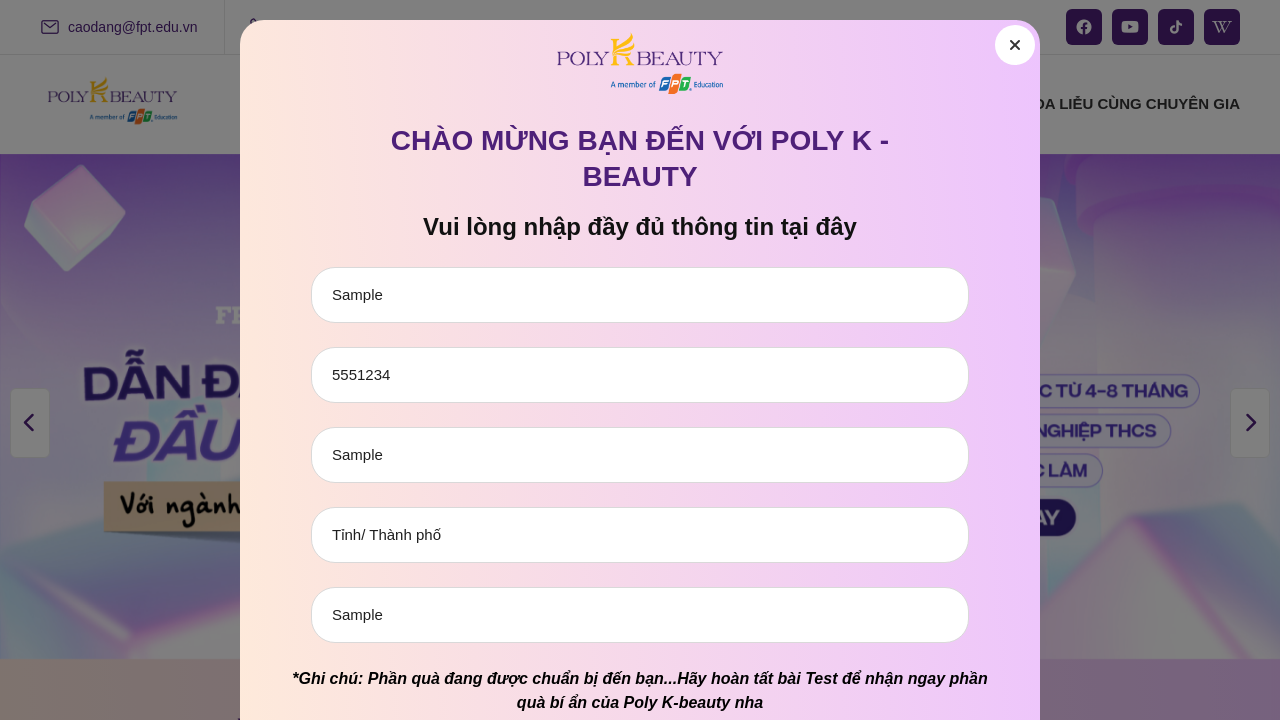
Repository: dinhtri123/k_beauty
Page: test.html
An editor plug-in stored every save of this project. The page is shown before and after the next save, followed by the edit.
The browser window is 1280 px wide. The pictures show the window.
Empty fields were first filled with sample values (such as "Sample", 5 or name@example.com).
After loading, the first visible `button` was clicked once.
A layer covers the whole window, so only the first screen is drawn. An inner scrolling area shows only its first screen. Some web fonts or font styles are not loaded; a fallback is used.

Above is the page before, as saved 2024-12-26 09:50:44.
Console error: TypeError: Cannot read properties of undefined (reading 'add')

### test.html
<!DOCTYPE html>
<html lang="en">

<head>
  <meta charset="UTF-8">
  <meta name="viewport" content="width=device-width, initial-scale=1.0">
  <title>Page Test</title>
  <link rel="stylesheet" href="https://cdn.jsdelivr.net/npm/swiper@11/swiper-bundle.min.css" />
  <link rel="stylesheet" href="https://cdnjs.cloudflare.com/ajax/libs/font-awesome/6.7.2/css/all.min.css"
    integrity="sha512-Evv84Mr4kqVGRNSgIGL/F/aIDqQb7xQ2vcrdIwxfjThSH8CSR7PBEakCr51Ck+w+/U6swU2Im1vVX0SVk9ABhg=="
    crossorigin="anonymous" referrerpolicy="no-referrer" />
  <link rel="stylesheet" href="./css/style.css">
  <link rel="stylesheet" href="./css/test.css">
</head>

<body>
  <header>
    <div class="header-top-wrapper">
      <div class="container">
        <div class="header-top">
          <div class="header-top-left">
            <a href="mailto:caodang@fpt.edu.vn">
              <img src="./images/mail-outline.png" alt="">
              <span>caodang@fpt.edu.vn</span>
            </a>
            <p>
              <img src="./images/call-outline.png" alt="">
              <a href="tel:024 6327 6402">024 6327 6402</a>
              <span>|</span>
              <a href="tel: 0981 725 836"> 0981 725 836</a>
            </p>
          </div>
          <div class="header-top-right">
            <a href="">
              <img src="./images/Facebook.png" alt="">
            </a>
            <a href="">
              <img src="./images/YouTube.png" alt="">
            </a>
            <a href="">
              <img src="./images/TikTok.png" alt="">
            </a>
            <a href="">
              <img src="./images/Frame.png" alt="">
            </a>
          </div>
        </div>
      </div>
    </div>
    <div class="header-main container">
      <a href="" class="header-logo">
        <img src="./images/logo.png" alt="">
      </a>
      <nav class="header-nav">
        <ul class="header-menu">
          <li>
            <a href="">Trang chủ</a>
          </li>
          <li>
            <a href="">Giới thiệu
              <span>
                <img src="./images/arrow-bottom.png" alt="">
              </span>
            </a>
          </li>
          <li>
            <a href="">ngành đào tạo
              <span>
                <img src="./images/arrow-bottom.png" alt="">
              </span>
            </a>
          </li>
          <li>
            <a href="">ƯU đãi</a>
          </li>
          <li>
            <a href="">kiến thức da liễu cùng chuyên gia</a>
          </li>
          <li class="header-btn-close sm">
            <i class="fa-solid fa-xmark"></i>
          </li>
        </ul>
      </nav>
      <span class="header-btn-menu sm">
        <i class="fa-solid fa-bars"></i>
      </span>
    </div>
  </header>
  <main id="test">
    <section class="slider-hero">
      <div class="swiper hero-swiper">
        <div class="swiper-wrapper">
          <div class="swiper-slide">
            <img src="./images/image 1.jpg" alt="">
          </div>
          <div class="swiper-slide">
            <img src="./images/image 1.jpg" alt="">
          </div>
          <div class="swiper-slide">
            <img src="./images/image 1.jpg" alt="">
          </div>
        </div>
        <div class="hero-btn swiper-button-next">
          <i class="fa-solid fa-chevron-right"></i>
        </div>
        <div class="hero-btn swiper-button-prev">
          <i class="fa-solid fa-chevron-left"></i>
        </div>
        <div class="swiper-pagination"></div>
      </div>
    </section>
    <section class="befenit">
      <div class="container">
        <div class="befenit-inner">
          <h2>CÙNG POLY K-BEAUTY HIỂU HƠN VỀ LÀN DA CỦA BẠN</h2>
          <p>Khám phá bí quyết chăm sóc da phù hợp qua bài trắc nghiệm cùng Poly K-Beauty!</p>
          <div class="befenit-question">
            <div class="question-item">
              <h3>1. Da của bạn thường trông ra sao vào buổi chiều?</h3>
              <div class="question-option">
                <label for="question_1_opt_1">
                  <input type="radio" name="question_1" id="question_1_opt_1">
                  A. Trán, mũi và cằm bị bóng dầu nhưng phần còn lại trên mặt lại bình thường hoặc khô
                </label>
                <label for="question_1_opt_2">
                  <input type="radio" name="question_1" id="question_1_opt_2">
                  B. Tôi nhận thấy một vài vết bong tróc dọc theo đường chân tóc, lông mày và giữa hai bên lông mày.
                </label>
                <label for="question_1_opt_3">
                  <input type="radio" name="question_1" id="question_1_opt_3">
                  C. Da bóng nhờn và không được mịn. Có những nốt mụn nhỏ và một số mụn đầu đen.
                </label>
                <label for="question_1_opt_4">
                  <input type="radio" name="question_1" id="question_1_opt_4">
                  D. Da mịn và láng mượt. Không có dấu hiệu bong tróc.
                </label>
                <label for="question_1_opt_5">
                  <input type="radio" name="question_1" id="question_1_opt_5">
                  E. Điều đầu tiên tôi nhận thấy là các nếp nhăn.
                </label>
              </div>
            </div>
            <div class="question-item">
              <h3>2. Hãy mô tả phần má và vùng dưới mắt của bạn.</h3>
              <div class="question-option">
                <label for="question_2_opt_1">
                  <input type="radio" name="question_2" id="question_2_opt_1">
                  A. Lỗ chân lông nở rộng và có khuyết điểm dưới dạng mụn đầu đen hay đốm mụn trắng.
                </label>
                <label for="question_2_opt_2">
                  <input type="radio" name="question_2" id="question_2_opt_2">
                  B. Hầu như không có vết nhăn dễ thấy nào. Chỉ có một số vùng da khô có thể nhìn ra.
                </label>
                <label for="question_2_opt_3">
                  <input type="radio" name="question_2" id="question_2_opt_3">
                  C. Da nhẵn mịn với lỗ chân lông se khít
                </label>
                <label for="question_2_opt_4">
                  <input type="radio" name="question_2" id="question_2_opt_4">
                  D. Có các nếp nhăn rõ rệt. Da khá khô.
                </label>
                <label for="question_2_opt_5">
                  <input type="radio" name="question_2" id="question_2_opt_5">
                  E. Da bị kích ứng và khô. Có cảm giác da bị căng.
                </label>
              </div>
            </div>
            <div class="question-item">
              <h3>3. Da của bạn có dễ gặp phải các vấn đề về thâm, hay đỏ rát không?</h3>
              <div class="question-option">
                <label for="question_3_opt_1">
                  <input type="radio" name="question_3" id="question_3_opt_1">
                  A. Có, nhưng chỉ ở vùng chữ T (trán, mũi và cằm)
                </label>
                <label for="question_3_opt_2">
                  <input type="radio" name="question_3" id="question_3_opt_2">
                  B. Da tôi hơi đỏ, có chút tấy, và có chỗ không đồng đều về độ ẩm
                </label>
                <label for="question_3_opt_3">
                  <input type="radio" name="question_3" id="question_3_opt_3">
                  C. Có. Tôi thường gặp phải các vấn đề trên.
                </label>
                <label for="question_3_opt_4">
                  <input type="radio" name="question_3" id="question_3_opt_4">
                  D. Đôi khi.
                </label>
                <label for="question_3_opt_5">
                  <input type="radio" name="question_3" id="question_3_opt_5">
                  E. Hầu như không bao giờ.
                </label>
              </div>
            </div>
            <button>Nộp bài Test <i class="fa-solid fa-arrow-right"></i></button>
          </div>
        </div>
      </div>
    </section>
    <section class="package">
      <div class="container">
        <div class="package-inner">
          <h2>POLY K-BEAUTY'S PACKAGE <span class="line"></span></h2>
          <div class="package-item">
            <img src="./images/package_img1.jpg" alt="">
            <h3>Dịch vụ chăm sóc và điều trị</h3>
          </div>
          <div class="package-item">
            <img src="./images/package_img2.jpg" alt="">
            <h3>QUY TRÌNH CHẤM TCA TRỊ</h3>
          </div>
          <div class="package-item">
            <img src="./images/package_img3.jpg" alt="">
            <h3>PHƯƠNG PHÁP TIÊM SẸO LỒI</h3>
          </div>
          <div class="package-item">
            <img src="./images/package_img4.jpg" alt="">
            <h3>LASER TRỊ THÂM CÓ TỐT</h3>
          </div>
          <div class="package-item">
            <img src="./images/package_img5.jpg" alt="">
            <h3>TRỊ NẤM DA BẰNG LASER TẠI</h3>
          </div>
          <div class="package-item">
            <img src="./images/package_img6.jpg" alt="">
            <h3>LÀN DA KHÔNG ĐỀU MÀU VÀ</h3>
          </div>
          <div class="package-item">
            <img src="./images/package_img7.jpg" alt="">
            <h3>GIẢI PHÁP ĐIỀU TRỊ MỤN THỊT</h3>
          </div>
          <div class="package-item">
            <img src="./images/package_img8.jpg" alt="">
            <h3>ĐIỀU TRỊ SẸO RỖ BẰNG LASER</h3>
          </div>
          <div class="package-item">
            <img src="./images/package_img9.jpg" alt="">
            <h3>TRẺ HOÁ BẰNG LASER</h3>
          </div>
          <div class="package-item">
            <img src="./images/package_img10.jpg" alt="">
            <h3>CHỐNG LÃO HOÁ TUỔI 30</h3>
          </div>
          <div class="package-item">
            <img src="./images/package_img11.jpg" alt="">
            <h3>ĐIỀU TRỊ MỤN Ở NGƯỜI LỚN</h3>
          </div>
          <div class="package-item">
            <img src="./images/package_img12.jpg" alt="">
            <h3>XOÁ XĂM HIỆU QUẢ VÀ</h3>
          </div>
          <div class="package-item">
            <img src="./images/package_img13.jpg" alt="">
            <h3>ĐIỀU TRỊ GIÃN MAO MẠCH</h3>
          </div>
          <div class="package-item">
            <img src="./images/package_img14.jpg" alt="">
            <h3>PHƯƠNG PHÁP TRỊ SẸO LỒI</h3>
          </div>
          <div class="package-item">
            <img src="./images/package_img15.jpg" alt="">
            <h3>LĂN KIM TRỊ SẸO RỖ</h3>
          </div>
          <div class="package-item">
            <img src="./images/package_img16.jpg" alt="">
            <h3>ĐIỆN DI VITAMIN C - GIẢI PHÁP</h3>
          </div>
          <div class="package-item">
            <img src="./images/package_img17.jpg" alt="">
            <h3>TRẺ HOÁ DA VỚI LIỆU TRÌNH</h3>
          </div>
          <div class="package-item">
            <img src="./images/package_img18.jpg" alt="">
            <h3>PEEL DA HOÁ HỌC CHUYÊN</h3>
          </div>
          <div class="package-item">
            <img src="./images/package_img19.jpg" alt="">
            <h3>PEEL DA HOÁ HỌC NỒNG ĐỘ</h3>
          </div>
          <div class="package-item">
            <img src="./images/package_img20.jpg" alt="">
            <h3>PEEL DA HOÁ HỌC NỒNG ĐỘ</h3>
          </div>
          <div class="package-item">
            <img src="./images/package_img21.jpg" alt="">
            <h3>PEEL DA HOÁ HỌC</h3>
          </div>
          <div class="package-item">
            <img src="./images/package_img22.jpg" alt="">
            <h3>PHƯƠNG PHÁP MÀI DA VI</h3>
          </div>
          <div class="package-item">
            <img src="./images/package_img23.jpg" alt="">
            <h3>CHẮM SÓC & ĐIỀU TRỊ DA CHO</h3>
          </div>
          <div class="package-item">
            <img src="./images/package_img24.jpg" alt="">
            <h3>XOÁ NỐT RUỒI</h3>
          </div>
          <div class="package-item">
            <img src="./images/package_img25.jpg" alt="">
            <h3>KIỂM TRA DA MẶT Ở ĐÂU ĐỂ</h3>
          </div>
          <div class="package-item">
            <img src="./images/package_img26.jpg" alt="">
            <h3>DỊCH VỤ CHĂM SÓC DA MẶT</h3>
          </div>
          <div class="package-item">
            <img src="./images/package_img27.jpg" alt="">
            <h3>MỤN LÀ CHUYỆN NHỎ VỚI</h3>
          </div>
          <div class="package-item">
            <img src="./images/package_img28.jpg" alt="">
            <h3>TÌM LẠI LÀN DA MỊN MÀNG VỚI</h3>
          </div>
          <div class="package-item">
            <img src="./images/package_img29.jpg" alt="">
            <h3>ĐỐT MỤN THỊT, U VÀNG</h3>
          </div>
          <div class="package-item">
            <img src="./images/package_img30.jpg" alt="">
            <h3>ĐIỀU TRỊ MỤN TRỨNG CÁ DỨT</h3>
          </div>
          <div class="package-item">
            <img src="./images/package_img31.jpg" alt="">
            <h3>TRIỆT LÔNG VĨNH VIỄN</h3>
          </div>
          <div class="package-item">
            <img src="./images/package_img32.jpg" alt="">
            <h3>NÁM DA VÀ RỐI LOẠN SẮC TỐ</h3>
          </div>
          <div class="package-item">
            <img src="./images/package_img33.jpg" alt="">
            <h3>LIỆU TRÌNH TRẺ HOÁ DA LÀM</h3>
          </div>
          <div class="package-item">
            <img src="./images/package_img34.jpg" alt="">
            <h3>ĐIỀU TRỊ TRỊ MỤN</h3>
          </div>
        </div>
      </div>
    </section>
  </main>
  <div class="form-bottom">
    <div class="container">
      <div class="form-inner">
        <div class="form-text">
          <h2>Tìm hiểu chương trình tại Poly K-Beauty và nhận tư vấn ngay!</h2>
          <button>Đăng ký ngay</button>
        </div>
        <div class="form-img">
          <img src="./images/form-img.png" alt="">
        </div>
      </div>
    </div>
  </div>
  <footer>
    <div class="container">
      <div class="footer-wrapper">
        <div class="footer-left">
          <div class="footer-logo">
            <img src="./images/logo-footer.png" alt="">
          </div>
          <div class="footer-social">
            <a href="#">
              <img src="./images/icon-fb.png" alt="">
            </a>
            <a href="#">
              <img src="./images/icon-ytb.png" alt="">
            </a>
            <a href="#">
              <img src="./images/icon-tiktok.png" alt="">
            </a>
            <a href="#">
              <img src="./images/icon-wiki.png" alt="">
            </a>
          </div>
          <div class="footer-contact">
            <h3>THÔNG TIN LIÊN HỆ</h3>
            <ul>
              <li>Điện thoại: (024) 7300 1955</li>
              <li>Email: caodang@fpt.edu.vn</li>
            </ul>
          </div>
        </div>
        <div class="footer-right">
          <h3>HỆ THỐNG VĂN PHÒNG TUYỂN SINH</h3>
          <div class="footer-local">
            <div class="local-item">
              <h4>Cơ sở Hà Nội</h4>
              <ul>
                <li><span><ion-icon name="location-outline"></ion-icon></span> Cổng số 1, Tòa nhà FPT
                  Polytechnic, 13 phố Trịnh Văn Bô, phường Phương Canh, quận Nam Từ Liêm, TP Hà Nội
                  Km12
                  Cầu Diễn, Phường Phúc Diễn, Quận Bắc Từ Liêm, Hà Nội</li>
                <li><span><ion-icon name="call-outline"></ion-icon></span>(024) 8582 0808</li>
              </ul>
            </div>
            <div class="local-item">
              <h4>Cơ sở Hồ Chí Minh</h4>
              <ul>
                <li><span><ion-icon name="location-outline"></ion-icon></span> Tòa nhà QTSC9 (toà T),
                  đường
                  Tô Ký, phường Tân Chánh Hiệp, quận 12, TP HCM.</li>
                <li><span><ion-icon name="location-outline"></ion-icon></span> 778/B1 Nguyễn Kiệm,
                  phường
                  04, quận Phú Nhuận, TP HCM
                  0901 660 002 – 028 6686 6486</li>
              </ul>
            </div>
            <div class="local-item">
              <h4>Cơ sở Thái Nguyên</h4>
              <ul>
                <li><span><ion-icon name="location-outline"></ion-icon></span> Tòa nhà FPT Polytechnic,
                  đường đê Mỏ Bạch, tổ 10, phường Quyết Thắng, TP Thái Nguyên, tỉnh Thái Nguyên</li>
                <li><span><ion-icon name="location-outline"></ion-icon></span> 091 532 9213</li>
              </ul>
            </div>
            <div class="local-item">
              <h4>Cơ sở Đà Nẵng</h4>
              <ul>
                <li><span><ion-icon name="location-outline"></ion-icon></span> 219 Nguyễn Sinh Sắc,
                  phường
                  Hoà Minh, quận Liên Chiểu, TP Đà Nẵng</li>
                <li><span><ion-icon name="location-outline"></ion-icon></span> 023 6371 0999 – 094 302
                  5282
                </li>
              </ul>
            </div>
            <div class="local-item">
              <h4>Cơ sở Hải Phòng</h4>
              <ul>
                <li><span><ion-icon name="location-outline"></ion-icon></span> 271 Lê Thánh Tông, phường
                  Máy
                  Chai, quận Ngô Quyền, TP Hải Phòng</li>
                <li><span><ion-icon name="location-outline"></ion-icon></span> 0915431313</li>
              </ul>
            </div>
            <div class="local-item">
              <h4>Cơ sở Quy Nhơn</h4>
              <ul>
                <li><span><ion-icon name="location-outline"></ion-icon></span> 107A Thanh Niên, phường
                  Quang
                  Trung, TP Quy Nhơn, tỉnh Bình Định</li>
                <li><span><ion-icon name="location-outline"></ion-icon></span> 039 404 4568</li>
              </ul>
            </div>
            <div class="local-item">
              <h4>Cơ sở Hà Nam</h4>
              <ul>
                <li><span><ion-icon name="location-outline"></ion-icon></span> Tổ hợp Giáo dục FPT,
                  Unischool, Khu Đại học Nam Cao, Phường Hoàng Đông, Thị xã Duy Tiên, Hà Nam</li>
                <li><span><ion-icon name="location-outline"></ion-icon></span> 0911 968 213</li>
              </ul>
            </div>
            <div class="local-item">
              <h4>Cơ sở Tây Nguyên</h4>
              <ul>
                <li><span><ion-icon name="location-outline"></ion-icon></span> Số 300, 6 Đường Hà Huy
                  Tập,
                  Tổ dân phố 8, phường Tân An, TP Buôn Ma Thuột, Đắk Lắk</li>
                <li><span><ion-icon name="location-outline"></ion-icon></span> 026 2355 5678</li>
              </ul>
            </div>
            <div class="local-item">
              <h4>Cơ sở Thanh Hoá</h4>
              <ul>
                <li><span><ion-icon name="location-outline"></ion-icon></span> Tòa Beta, Tổ hợp giáo dục
                  FPT, Đại lộ Võ Nguyên Giáp, phường Quảng Thành, TP Thanh Hóa</li>
                <li><span><ion-icon name="location-outline"></ion-icon></span> 091 378 5213</li>
              </ul>
            </div>
            <div class="local-item">
              <h4>Cơ sở Đồng Nai</h4>
              <ul>
                <li><span><ion-icon name="location-outline"></ion-icon></span> 193 Đỗ Văn Thi, phường
                  Hiệp
                  Hòa, TP Biên Hòa, tỉnh Đồng Nai</li>
                <li><span><ion-icon name="location-outline"></ion-icon></span> 0345 690 031 – 0989 871
                  031
                </li>
              </ul>
            </div>
            <div class="local-item">
              <h4>Cơ sở Cần Thơ</h4>
              <ul>
                <li><span><ion-icon name="location-outline"></ion-icon></span> Toà nhà FPT Polytechnic,
                  đường số 22, phường Thường Thạnh, quận Cái Răng, TP Cần Thơ</li>
                <li><span><ion-icon name="location-outline"></ion-icon></span> 098 388 1100 – 091 2823
                  492
                </li>
              </ul>
            </div>
          </div>
        </div>
      </div>
    </div>
  </footer>
  <div class="popup ">
    <div class="popup-inner">
      <span class="popup-btn-close">
        <i class="fa-solid fa-xmark"></i>
      </span>
      <span class="popup-logo">
        <img src="./images/logo.png" alt="">
      </span>
      <h3 class="popup-title">Cảm ơn bạn đã làm bài test Hiểu làn da cùng Poly K-Beauty</h3>
      <p class="popup-desc">Bạn thuộc làn Da Hỗn Hợp</p>
      <span class="popup-img">
        <img src="./images/popup-img.png" alt="">
      </span>
      <i>*Note: Hãy điền đầy đủ thông tin để nhận các phần quà từ POLY K-BEAUTY bạn nha!!</i>
      <a href="#" class="popup-link">Xem tips và những cách để chăm sóc bảo về làn da của bạn</a>
      <a href="#" class="popup-btn">Nhận ưu đãi</a>
    </div>
  </div>
  <div class="popup popup-register active">
    <div class="popup-inner">
      <span class="popup-btn-close">
        <i class="fa-solid fa-xmark"></i>
      </span>
      <span class="popup-logo">
        <img src="./images/logo.png" alt="">
      </span>
      <h3 class="popup-title">CHÀO MỪNG BẠN ĐẾN VỚI POLY K - BEAUTY</h3>
      <p class="popup-desc">Vui lòng nhập đầy đủ thông tin tại đây</p>
      <form action="">
        <input type="text" name="name" id="name" placeholder="Họ và tên">
        <input type="tel" name="phone" id="phone" placeholder="Số điện thoại">
        <input type="text" name="school" id="school" placeholder="Trường THPT">
        <select>
          <option value="" selected>Tỉnh/ Thành phố</option>
          <option value="">Tỉnh/ Thành phố</option>
          <option value="">Tỉnh/ Thành phố</option>
        </select>
        <input type="text" name="address" id="address" placeholder="Địa chỉ chi tiết">
        <p>*Ghi chú: Phần quà đang được chuẩn bị đến bạn...Hãy hoàn tất bài Test để nhận ngay phần quà bí ẩn của Poly
          K-beauty nha</p>
        <button type="submit" class="popup-btn">Đăng ký nhận quà</button>
      </form>
    </div>
  </div>
</body>

<script src="https://cdn.jsdelivr.net/npm/swiper@11/swiper-bundle.min.js"></script>

<script>
  var swiper = new Swiper(".hero-swiper", {
    loop: true,
    navigation: {
      nextEl: ".swiper-button-next",
      prevEl: ".swiper-button-prev",
    },
    pagination: {
      el: ".swiper-pagination",
    },
  });
</script>
<script src="./js/index.js"></script>

</html>

### js/index.js
document.addEventListener("DOMContentLoaded", function () {
  // Menu
  const btnMenu = document.querySelector(".header-btn-menu");
  const btnCloseMenu = document.querySelector(".header-btn-close");
  const headerNav = document.querySelector(".header-nav");
  btnMenu.addEventListener("click", function () {
    headerNav.classList.add("active");
  });
  btnCloseMenu.addEventListener("click", function () {
    headerNav.classList.remove("active");
  });
  // Thêm thông tin header top vào menu
  const media = window.matchMedia("(max-width: 991px)");
  const headerMenu = headerNav.querySelector(".header-menu");
  if (media.matches) {
    {
      const headerInfo = document.querySelector(".header-top").cloneNode(true);
      headerInfo.classList.add("mobile");
      headerMenu.appendChild(headerInfo);
    }
  }
  // test
  const testPage = document.querySelector("#test");
  if (testPage) {
    const options = Array.from(
      document.querySelectorAll(".question-option label input")
    );
    options.map((item, i, arr) => {
      item.addEventListener("click", function () {
        arr.forEach((itemArr) => {
          if (!itemArr.checked) {
            itemArr.parentNode.classList.remove("active");
          }
        });
        if (item.checked) {
          item.parentNode.classList.add("active");
        }
      });
    });
    const question = document.querySelector(".befenit-question button");
    const popup = Array.from(document.querySelectorAll(".popup"));

    question.addEventListener("click", function () {
      popup.classList.add("active");
    });
    popup.map((item) => {
      const btnClosePopup = item.querySelector(".popup-btn-close");
      btnClosePopup.addEventListener("click", function () {
        btnClosePopup.parentNode.parentNode.classList.remove("active");
      });
    });
  }
});

Loaded but not shown: css/style.css (897 lines, source omitted); css/test.css (74 lines, source omitted)

After the next save:
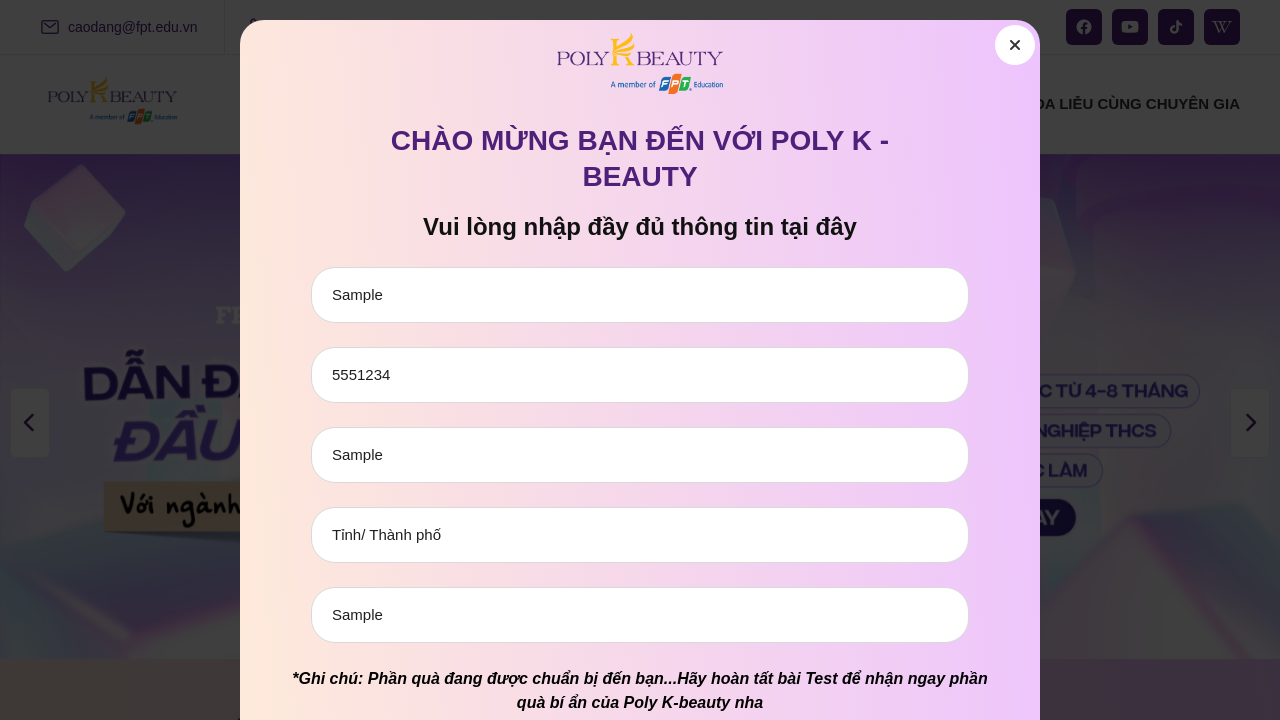
The error is gone.
Saved 42 s later.
--- a/test.html
+++ b/test.html
@@ -494,7 +494,7 @@
       </div>
     </div>
   </footer>
-  <div class="popup ">
+  <div class="popup popup-test">
     <div class="popup-inner">
       <span class="popup-btn-close">
         <i class="fa-solid fa-xmark"></i>
--- a/js/index.js
+++ b/js/index.js
@@ -39,9 +39,9 @@
     });
     const question = document.querySelector(".befenit-question button");
     const popup = Array.from(document.querySelectorAll(".popup"));
-
+    const popupTest = document.querySelector(".popup-test");
     question.addEventListener("click", function () {
-      popup.classList.add("active");
+      popupTest.classList.add("active");
     });
     popup.map((item) => {
       const btnClosePopup = item.querySelector(".popup-btn-close");
